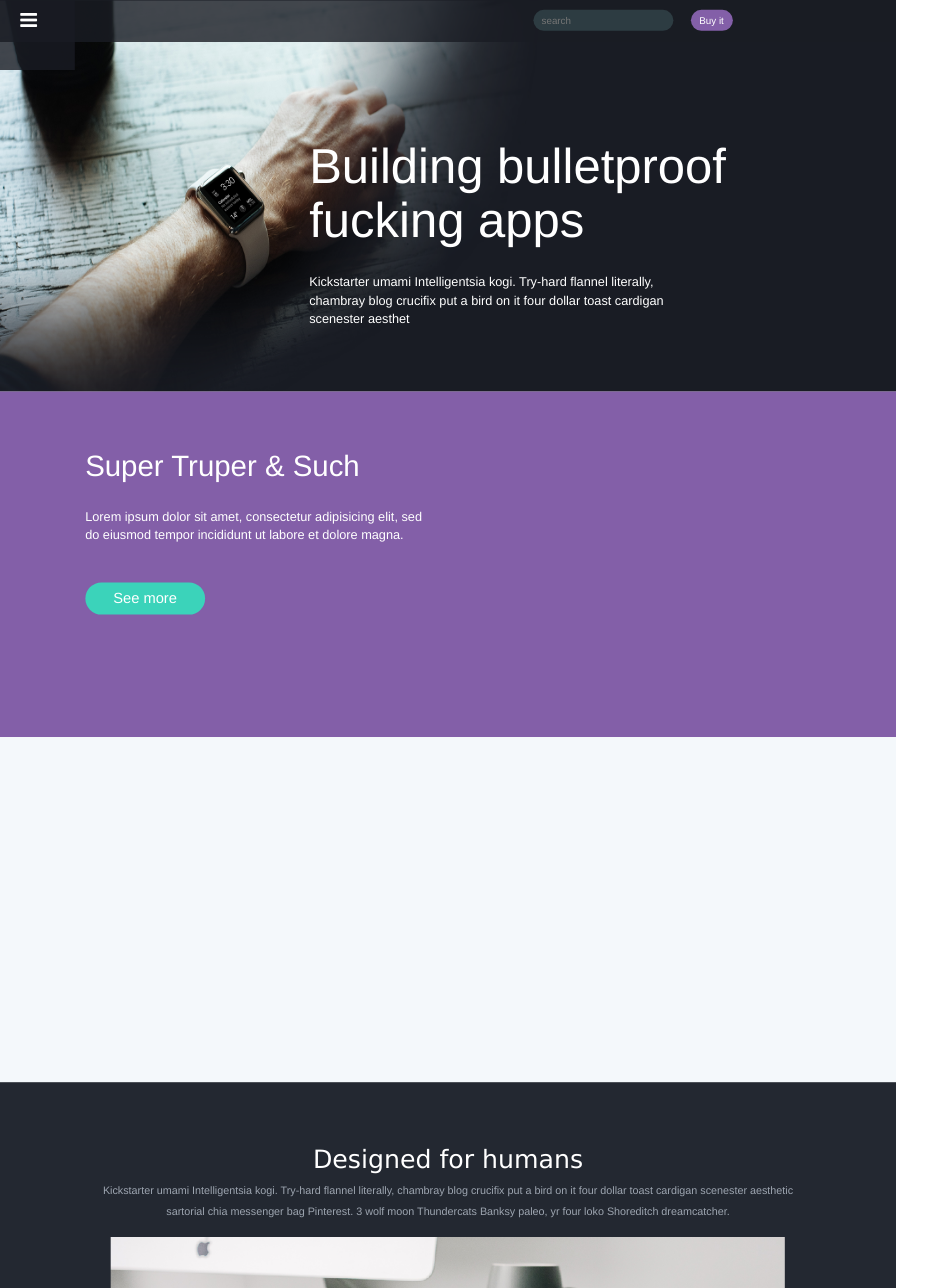
Repository: KatarzynaOwczarska/Tork
Page: Tork/WebContent/index.html
These files come from the project's save history. The page is drawn as it stood at one moment and after the next save; the edit follows.
The browser window is 1280 px wide. The page is 1321 px wide, so the pictures cover 1321 px, including what lies to the right of the window. The pictures show the part of the page from y = 0 to 1840 px (the page is 4689 px tall), at 70% of full size.
Backgrounds fixed to the window are drawn as part of the page.

Above is the page before, as saved 2017-02-06 13:44:45.

After the next save:
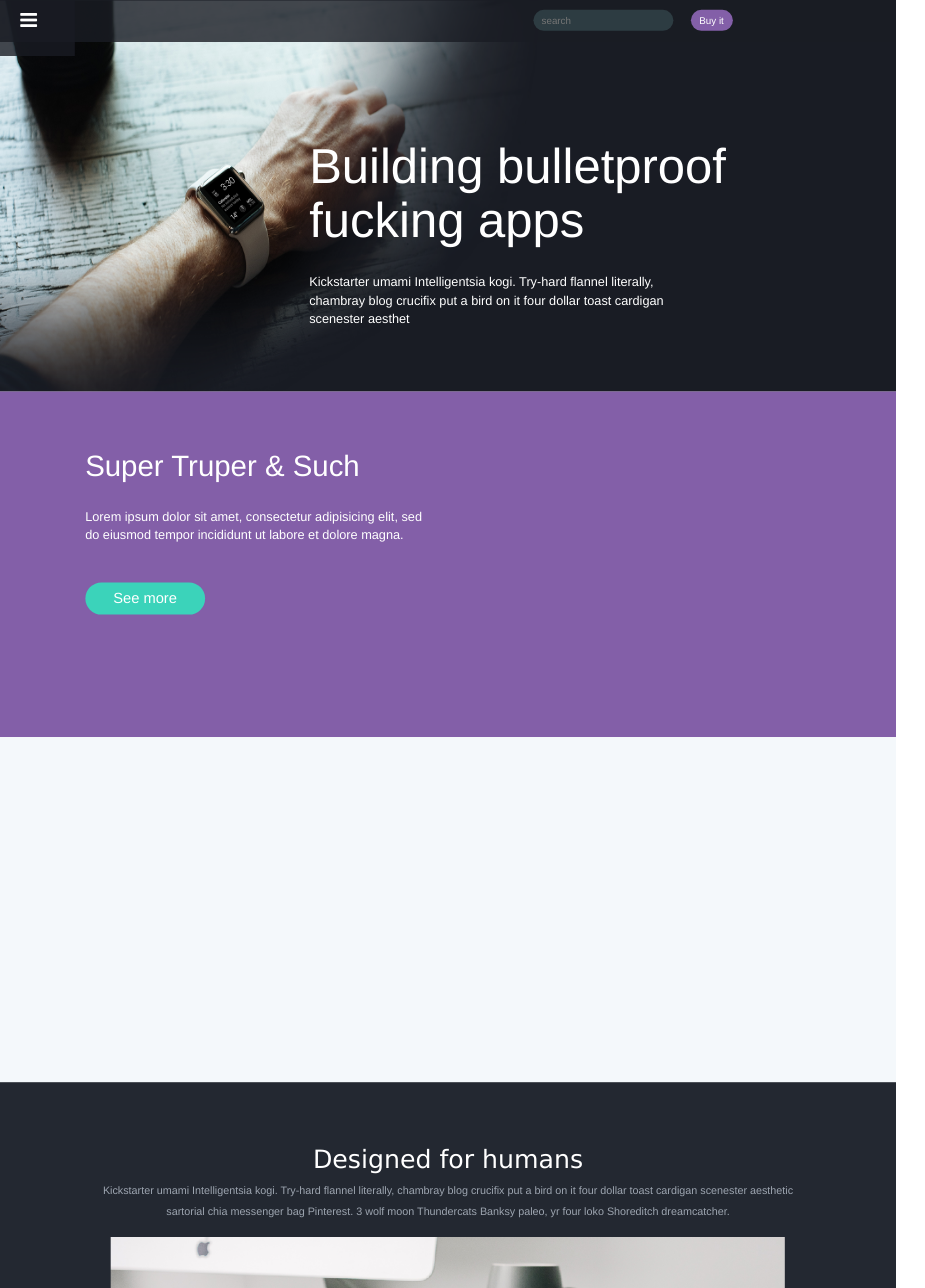
Saved 12 s later.
--- a/Tork/WebContent/css/style.css
+++ b/Tork/WebContent/css/style.css
@@ -20,7 +20,7 @@ header {
 #przesun {
 	background-color: transparent;
   	background-color: rgba(25, 28, 36, 0.8);
-  	height: 100px;
+  	height: 80px;
   	position: fixed;
   	top: 0;
 }
